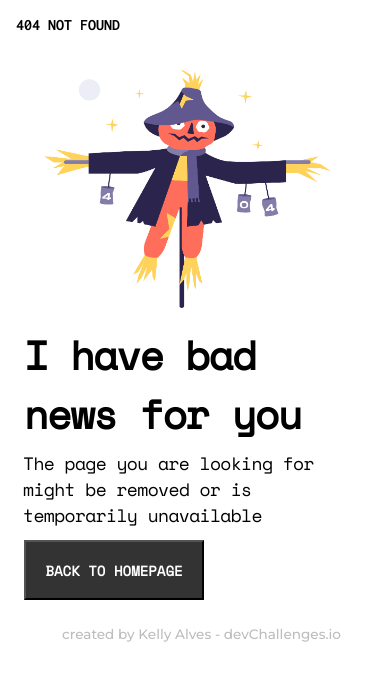
Repository: kellyalves87/404_not_found
Page: index.html
An editor plug-in stored every save of this project. The page is shown before and after the next save, followed by the edit.
The browser window is 375 px wide. The pictures show the whole page.

Above is the page before, as saved 2021-05-16 16:56:28.

### index.html
<!DOCTYPE html>
<html lang="en">

<head>
  <meta charset="utf-8" />
  <meta name="viewport" content="width=device-width, initial-scale=1,
  maximum-scale=5" />
  <link rel="icon" href="./assets/devchallenges.png" />
  <link rel="shortcut icon" type="image/x-icon" href="https://devchallenges.io/" />
  <link rel="preconnect" href="https://fonts.gstatic.com">
<link href="https://fonts.googleapis.com/css2?family=Inconsolata:wght@700&family=Montserrat:wght@500&family=Space+Mono:ital,wght@0,400;1,700&display=swap" rel="stylesheet">
  <link rel="stylesheet" href="./style/index.css">
  <link rel="stylesheet" href="./style/reset.css">
  <title>Devchallenges</title>
</head>

<header class="header">
  <h1>404 not found</h1>
</header>

<body>
  <section class="content">
    <img src="./assets/Scarecrow.png" alt="straw man">
    <h1>I have bad news for you</h1>
    <p>The page you are looking for might be removed or is temporarily unavailable</p>
  </section>
  <div class="button">
    <button type="button">back to homepage</button>
  </div>
    <footer class="footer">
      <a href="https://github.com/kellyalves87">created by Kelly Alves - <a href="https://devchallenges.io/">devChallenges.io</a>
    </footer>
</body>

</html>

### style/index.css
/*Desktop*/
.header h1 {
  font-family: Inconsolata, sans-serif;
  font-style: normal;
  font-weight: bold;
  text-transform: uppercase;
}

.content img {
  position: absolute;
  height: 447.4263916015625px;
  width: 539.2236938476562px;
  left: 77px;
  top: 150px;
  border-radius: 0px;
}

.header,
.content,
.button,
.footer {
  margin: 2rem;
}

.content h1,
p,
button {
  font-family: Space Mono, sans-serif;
}

.content h1,
button {
  font-weight: 700;
}

.content h1 {
  font-size: 4rem;
  font-weight: 700;
  width: 586px;
  height: 190px;
  left: 735px;
  top: 150px;
  position: absolute;
}

.content p {
  font-size: 1.5rem;
  font-weight: 400;
  position: absolute;
  width: 384px;
  height: 108px;
  left: 736px;
  top: 350px;
}

button {
  color: #ffffff;
  cursor: pointer;
  background-color: #333333;
  font-size: 14px;
  position: absolute;
  width: 216px;
  height: 68px;
  left: 740px;
  top: 480px;
  text-transform: uppercase;
}

.footer {
  font-size: 0.85rem;
  position: absolute;
  width: 287px;
  height: 17px;
  left: 577px;
  top: 663px;
}

.footer a {
  color: #bdbdbd;
  font-family: Montserrat, sans-serif;
  text-decoration: none;
}

/* Mobile first */
@media only screen and (max-width: 414px) {
  body {
    display: flex;
    flex-direction: column;
  }

  .header h1 {
    font-family: inconsolata, sans-serif;
    font-size: 1rem;
    text-transform: uppercase;
  }

  .content img {
    height: 238.00001525878906px;
    width: 286.829833984375px;
    left: 44px;
    top: 70px;
    border-radius: 0px;
  }

  .header,
  .content,
  .button,
  .footer {
    margin: 1rem;
  }

  .content h1,
  p,
  button {
    font-family: Space Mono, sans-serif;
  }

  .content h1,
  button {
    font-weight: 700;
  }

  .content h1 {
    font-size: 2.50rem;
    letter-spacing: -0.035em;
    position: absolute;
    width: 344px;
    height: 142px;
    left: 24px;
    top: 325px;
  }

  .content p {
    font-size: 1.125rem;
    font-weight: 400;
    letter-spacing: -0.035em;
    position: absolute;
    width: 328px;
    height: 81px;
    left: 23px;
    top: 450px;
  }

  button {
    color: #ffffff;
    cursor: pointer;
    background-color: #333333;
    font-size: 0.875rem;
    position: absolute;
    width: 180px;
    height: 60px;
    left: 24px;
    top: 540px;
    text-transform: uppercase;
  }

  .footer {
    font-size: 0.85rem;
    /*position: absolute;*/
    /*width: 287px;*/
    height: 17px;
    left: 46px;
    top: 610px;
  }
  .footer a {
    color: #bdbdbd;
    font-family: Montserrat, sans-serif;
    text-decoration: none;
  }
}

Loaded but not shown: style/reset.css (common file)

After the next save:
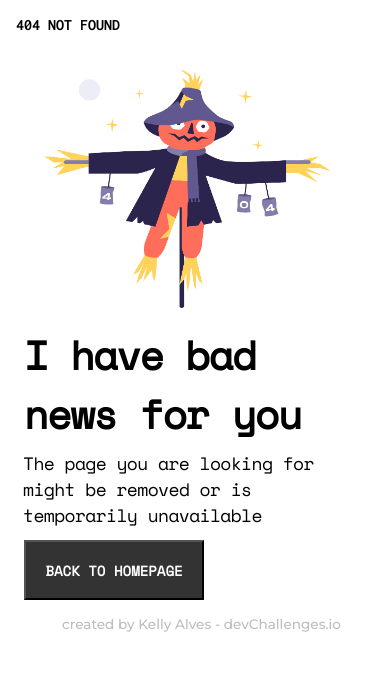
Saved 56 s later.
--- a/style/index.css
+++ b/style/index.css
@@ -156,11 +156,11 @@ button {
 
   .footer {
     font-size: 0.85rem;
-    /*position: absolute;*/
+    position: absolute;
     /*width: 287px;*/
     height: 17px;
     left: 46px;
-    top: 610px;
+    top: 600px;
   }
   .footer a {
     color: #bdbdbd;
